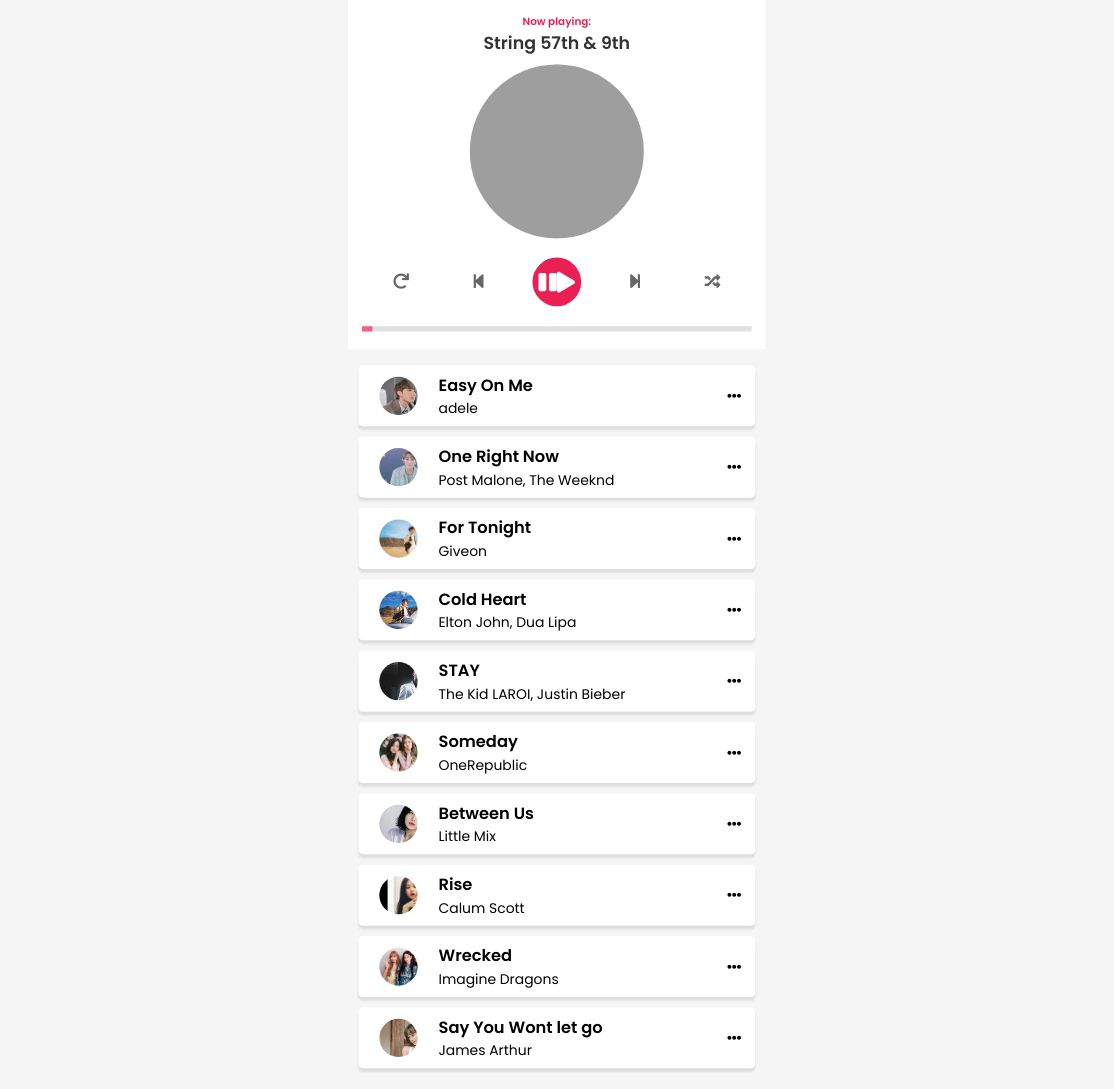
Repository: maivannhan1998/MusicPlayer.github.io
Page: index.html
These files come from the project's save history. The page is drawn as it stood at one moment and after the next save; the edit follows.
The browser window is 1280 px wide. The pictures show the whole page, at 87% of full size.
Pictures or frames that could not be fetched are drawn as grey boxes.

Above is the page before, as saved 2021-11-09 16:13:58.

### index.html
<!DOCTYPE html>
<html lang="en">
<head>
    <meta charset="UTF-8">
    <meta http-equiv="X-UA-Compatible" content="IE=edge">
    <meta name="viewport" content="width=device-width, initial-scale=1.0">
    <title>CodePlayMusic</title>
    <link rel="stylesheet" href="./assets/css/main.css">
    <link rel="stylesheet" href="https://cdnjs.cloudflare.com/ajax/libs/font-awesome/5.15.2/css/all.min.css" integrity="sha512-HK5fgLBL+xu6dm/Ii3z4xhlSUyZgTT9tuc/hSrtw6uzJOvgRr2a9jyxxT1ely+B+xFAmJKVSTbpM/CuL7qxO8w==" crossorigin="anonymous" />
    <link rel="preconnect" href="https://fonts.gstatic.com">
    <link href="https://fonts.googleapis.com/css2?family=Poppins:wght@300;400;600&display=swap" rel="stylesheet">
</head>
<body>
    <div class="player">
        <!-- Dashboard -->
        <div class="dashboard">
          <!-- Header -->
          <header>
            <h4>Now playing:</h4>
            <h2>String 57th & 9th</h2>
          </header>

          <!-- CD -->
          <div class="cd">
            <div class="cd-thumb">
            </div>
          </div>

          <!-- Control -->
          <div class="control">
                <div class="btn btn-repeat">
                    <i class="fas fa-redo"></i>
                </div>
                <div class="btn btn-prev">
                    <i class="fas fa-step-backward"></i>
                </div>
                <div class="btn btn-toggle-play">
                    <i class="fas fa-pause icon-pause"></i>
                    <i class="fas fa-play icon-play"></i>
                </div>
                <div class="btn btn-next">
                    <i class="fas fa-step-forward"></i>
                </div>
                <div class="btn btn-random">
                    <i class="fas fa-random"></i>
                </div>
          </div>

          <input id="progress" class="progress" type="range" value="0" step="1" min="0" max="100">



          <audio id="audio" src=""></audio>
        </div>

        <!-- Playlist -->
        <div class="playlist">

        </div>
      </div>
      <script>
         const $ = document.querySelector.bind(document);
         const $$ = document.querySelectorAll.bind(document);

         const app = {

            currentIndex: 0,

            songs: [
                 {
                     name: 'Easy On Me',
                     singer: 'adele',
                     path: './assets/music/song1.mp3',
                     image: './assets/img/img1.jpg'
                 }, {
                     name: 'One Right Now',
                     singer: 'Post Malone, The Weeknd',
                     path: './assets/music/song2.mp3',
                     image: './assets/img/img2.jpg'
                 }, {
                     name: 'For Tonight',
                     singer: 'Giveon',
                     path: './assets/music/song3.mp3',
                     image: './assets/img/img3.jpg'
                 }, {
                     name: 'Cold Heart',
                     singer: 'Elton John, Dua Lipa',
                     path: './assets/music/song4.mp3',
                     image: './assets/img/img4.jpg'
                 }, {
                     name: 'STAY',
                     singer: 'The Kid LAROI, Justin Bieber',
                     path: './assets/music/song5.mp3',
                     image: './assets/img/img5.jpg'
                 }, {
                     name: 'Someday',
                     singer: 'OneRepublic',
                     path: './assets/music/song6.mp3',
                     image: './assets/img/img6.jpg'
                 }, {
                     name: 'Between Us',
                     singer: 'Little Mix',
                     path: './assets/music/song7.mp3',
                     image: './assets/img/img7.jpg'
                 }, {
                     name: 'Rise',
                     singer: 'Calum Scott',
                     path: './assets/music/song8.mp3',
                     image: './assets/img/img8.jpg'
                 }, {
                     name: 'Wrecked',
                     singer: 'Imagine Dragons',
                     path: './assets/music/song9.mp3',
                     image: './assets/img/img9.jpg'
                 }, {
                     name: 'Say You Wont let go',
                     singer: 'James Arthur',
                     path: './assets/music/song10.mp3',
                     image: './assets/img/img10.jpg'
                 }
             ],

            render: function(){
                const htmls = this.songs.map((song) => {
                    return `
                        <div class="song">
                            <div class="thumb"
                                style="background-image: url('${song.image}')">
                            </div>
                            <div class="body">
                                <h3 class="title">${song.name}</h3>
                                <p class="author">${song.singer}</p>
                            </div>
                            <div class="option">
                                <i class="fas fa-ellipsis-h"></i>
                            </div>
                        </div>
                    `
                })
                $('.playlist').innerHTML = htmls.join('')
            },

            handleEvents: function() {
                const cd = $('.cd')
                const cdWidth  = cd.offsetWidth;

                 document.onscroll = function () {
                    const scrollTop = window.scrollY || document.documentElement.scrollTop;
                    const newCdWidth = cdWidth - scrollTop;

                    cd.style.width = newCdWidth > 0 ? newCdWidth + 'px' : 0;
                    cd.style.opacity = newCdWidth / cdWidth;
                 }
            },
            getCurrentSong: function() {
                return this.songs[this.currentIndex];
            },
            start: function() {

                this.handleEvents();

                console.log(this.getCurrentSong())

                this.render();
            }
        }

        app.start();

      </script>
</body>
</html>

### assets/css/main.css
:root {
  --primary-color: #ec1f55;
  --text-color: #333;
}

* {
  padding: 0;
  margin: 0;
  box-sizing: inherit;
}

body {
  background-color: #f5f5f5;
}

html {
  box-sizing: border-box;
  font-family: "Poppins", sans-serif;
}

.player {
  position: relative;
  max-width: 480px;
  margin: 0 auto;
}

.dashboard {
  position: fixed;
  padding: 16px 16px 14px;
  background-color: #fff;
  top: 0;
  width: 100%;
  max-width: 480px;
  border-bottom: 1px solid #ebebeb;
}

header {
  text-align: center;
  margin-bottom: 10px;
}

header h2 {
  color: var(--text-color);
  font-size: 20px;
}

header h4 {
  color: var(--primary-color);
  font-size: 12px;
}

.cd {
  display: flex;
  margin: auto;
  width: 200px;
}

.cd-thumb {
  background-image: url('/assets/img/maxresdefault.jpg');
  width: 100%;
  padding-top: 100%;
  border-radius: 50%;
  background-color: #333;
  background-size: cover;
  margin: auto;
}

.control {
  display: flex;
  align-items: center;
  justify-content: space-around;
  padding: 18px 0 8px 0;
}

.control .btn {
  color: #666;
  padding: 18px;
  font-size: 18px;
}

.control .btn-toggle-play {
  display: flex;
  align-items: center;
  justify-content: center;
  width: 56px;
  height: 56px;
  border-radius: 50%;
  font-size: 24px;
  color: #fff;
  background-color: var(--primary-color);
}

.progress {
  width: 100%;
  -webkit-appearance: none;
  height: 6px;
  background: #d3d3d3;
  outline: none;
  opacity: 0.7;
  -webkit-transition: 0.2s;
  transition: opacity 0.2s;
}

.progress::-webkit-slider-thumb {
  -webkit-appearance: none;
  appearance: none;
  width: 12px;
  height: 6px;
  background-color: var(--primary-color);
  cursor: pointer;
}

.playlist {
  margin-top: 408px;
  padding: 12px;
}
.song {
  display: flex;
  align-items: center;
  margin-bottom: 12px;
  background-color: #fff;
  padding: 8px 16px;
  border-radius: 5px;
  box-shadow: 0 4px 3px rgba(0, 0, 0, 0.1);
}

.song .thumb {
  width: 44px;
  height: 44px;
  border-radius: 50%;
  background-size: cover;
  margin: 0 8px;
}

.song .body {
  flex: 1;
  padding: 0 16px;
}

/* .song .title {
  font-size: 18px;
  color: var(--text-color);
} */

/* .song .author {
  font-size: 12px;
  color: #999;
} */

/* .song .option {
  padding: 16px 8px;
  color: #999;
  font-size: 18px;
} */

After the next save:
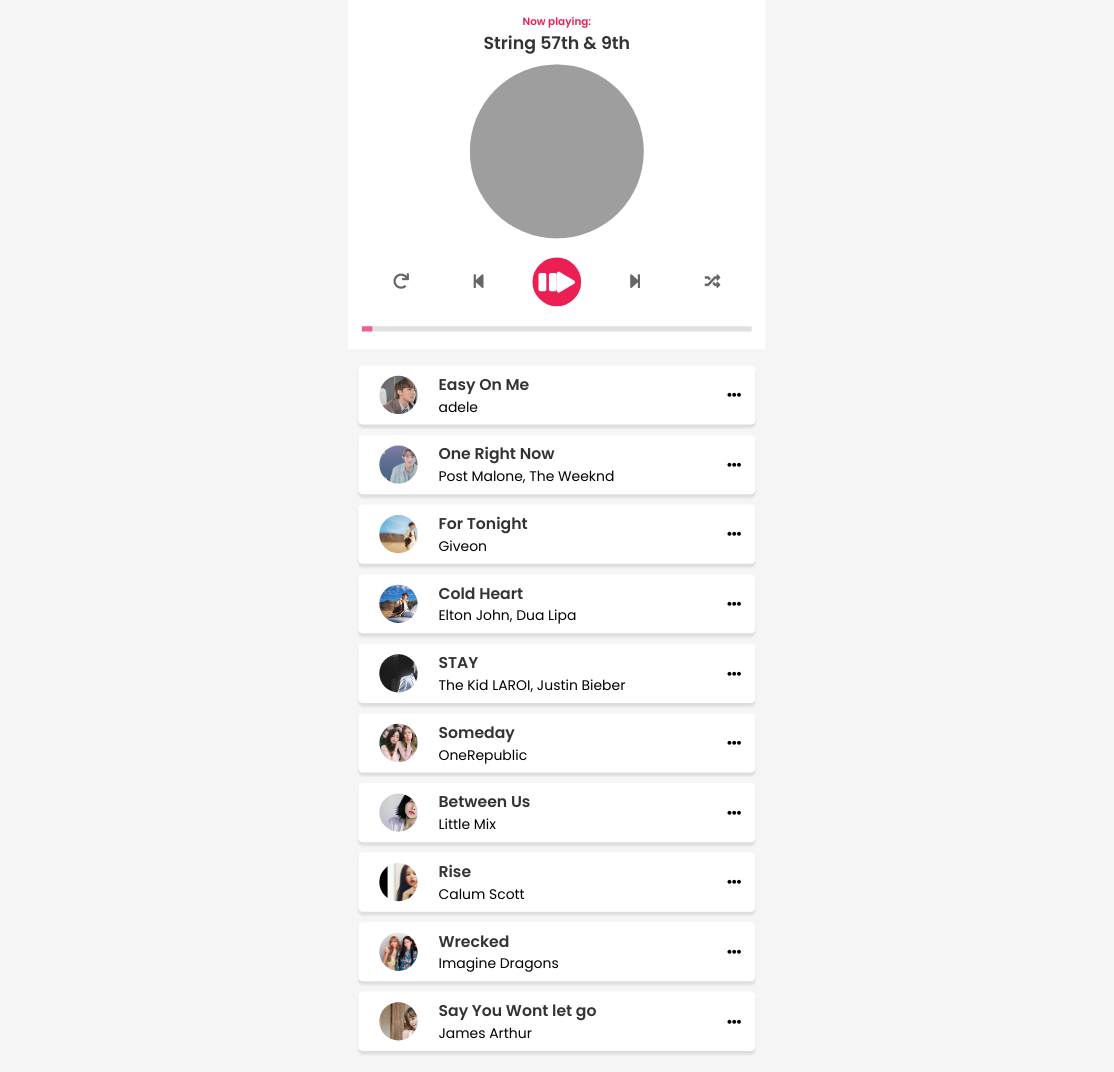
Saved 34 s later.
--- a/assets/css/main.css
+++ b/assets/css/main.css
@@ -137,10 +137,10 @@ header h4 {
   padding: 0 16px;
 }
 
-/* .song .title {
+.song .title {
   font-size: 18px;
   color: var(--text-color);
-} */
+}
 
 /* .song .author {
   font-size: 12px;
